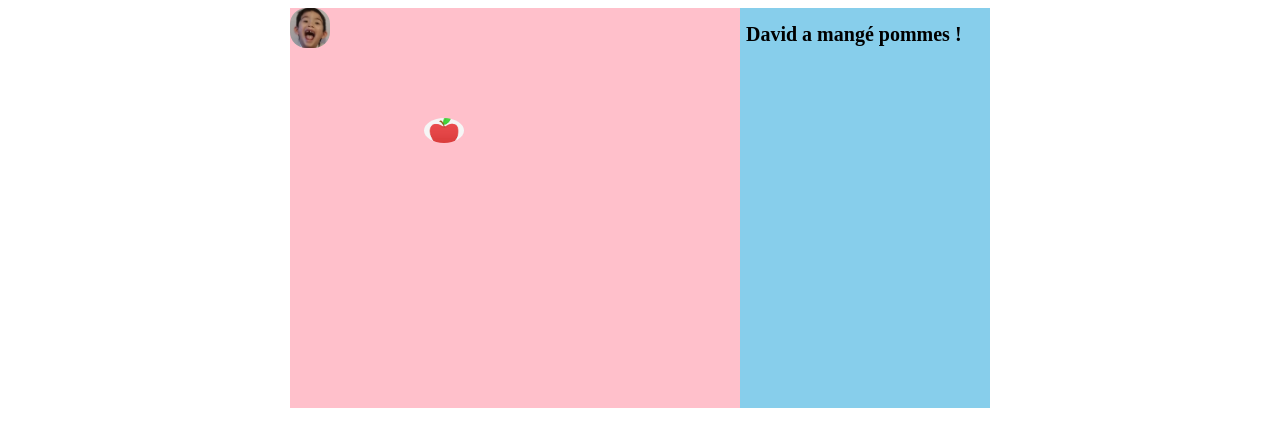
Repository: clairedupuich/kong_jian
Page: snake_game/snake.html
An editor plug-in stored every save of this project. The page is shown before and after a run of saves, followed by the edit.
The browser window is 1280 px wide. The pictures show the whole page.

Above is the page before, as saved 2020-12-19 19:26:10.

After the next 2 saves:
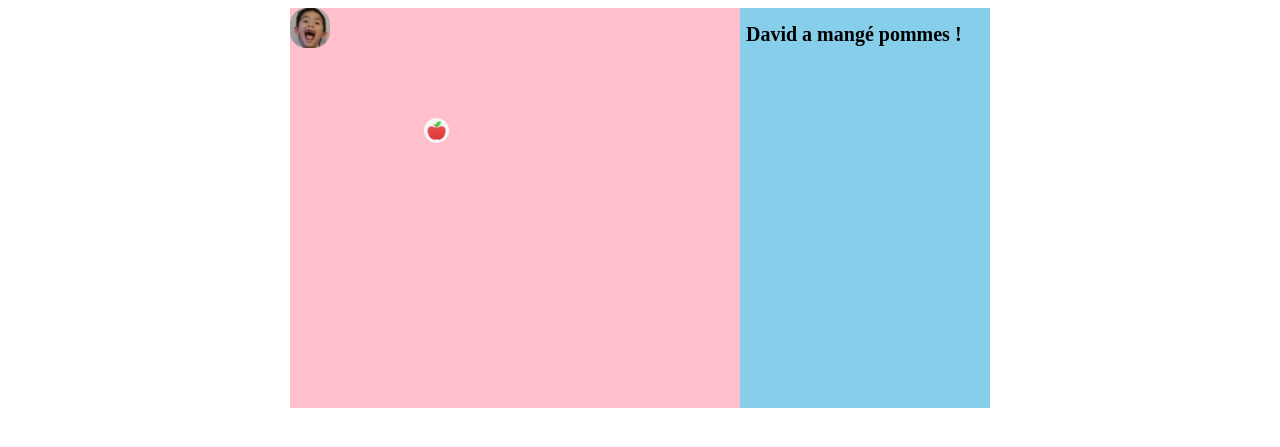
The 2 saves are shown as one change because they came seconds apart.
The last was saved 7 s later.
--- a/snake_game/snake.css
+++ b/snake_game/snake.css
@@ -33,7 +33,7 @@
 }
 #food{
     height: 25px;
-    width: 40px;
+    width: 25px;
    /*  background: blue; */
    background-image: url(img/téléchargement.jpeg);
    border-radius: 50%;
